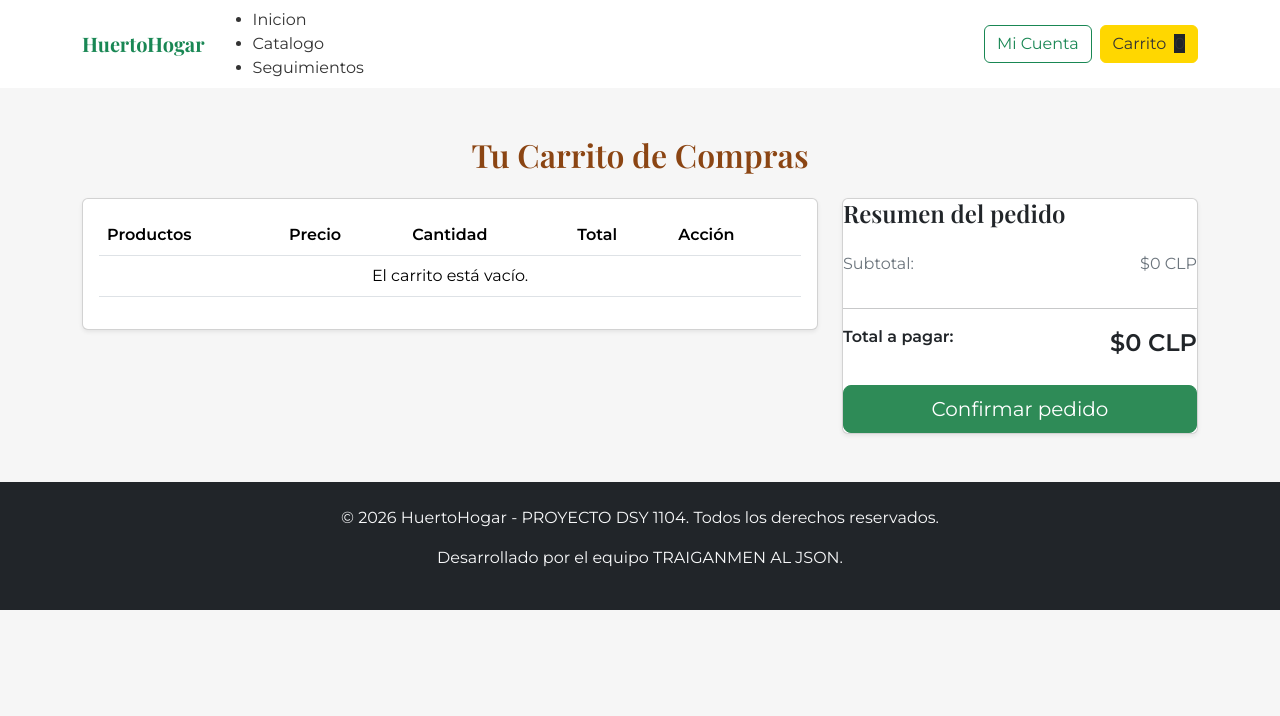
Repository: RottZen/Ev_1_Huerto_Hogar
Page: 3_carrito/carrito.html
An editor plug-in stored every save of this project. The page is shown before and after the next save, followed by the edit.
The browser window is 1280 px wide. The pictures show the whole page.

Above is the page before, as saved 2026-09-08 00:18:07.

After the next save:
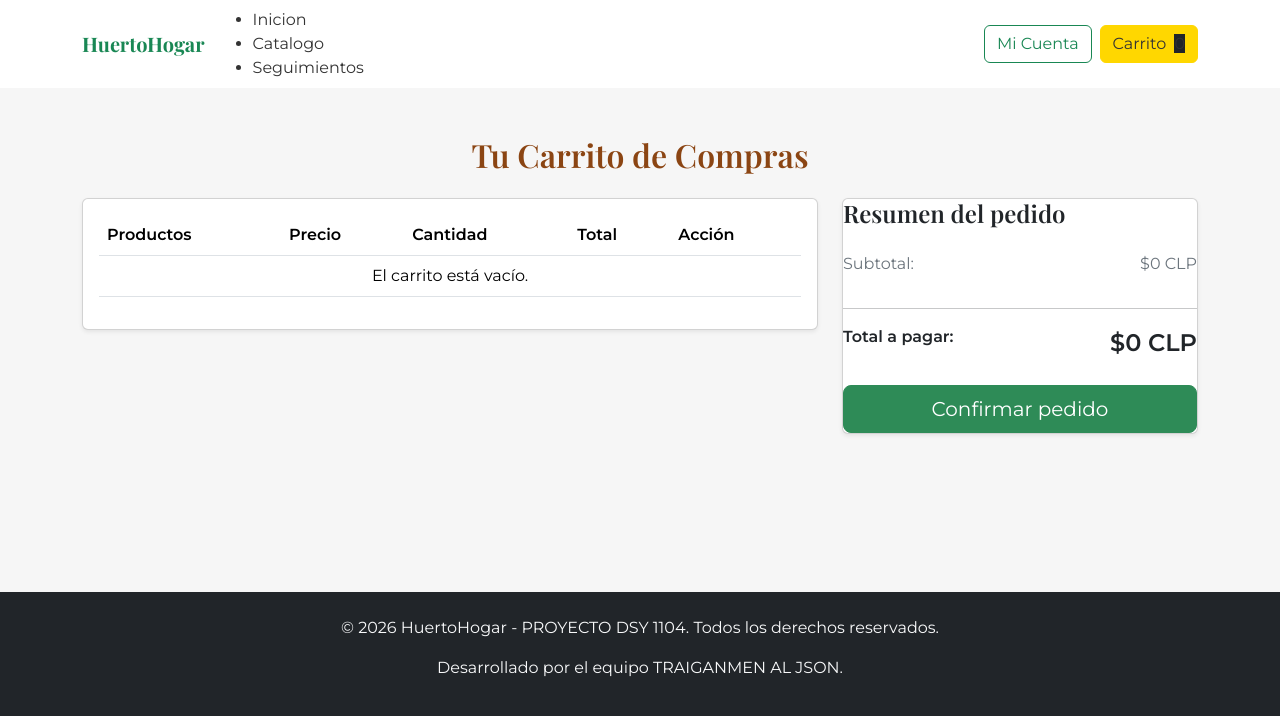
Saved 2 min 29 s later.
--- a/3_carrito/carrito.html
+++ b/3_carrito/carrito.html
@@ -14,7 +14,7 @@
     <link rel="stylesheet" href="carrito.css">
 
 </head>
-<body>
+<body class="d-flex flex-column min-vh-100">
 
     <!--HEADER -->
 
